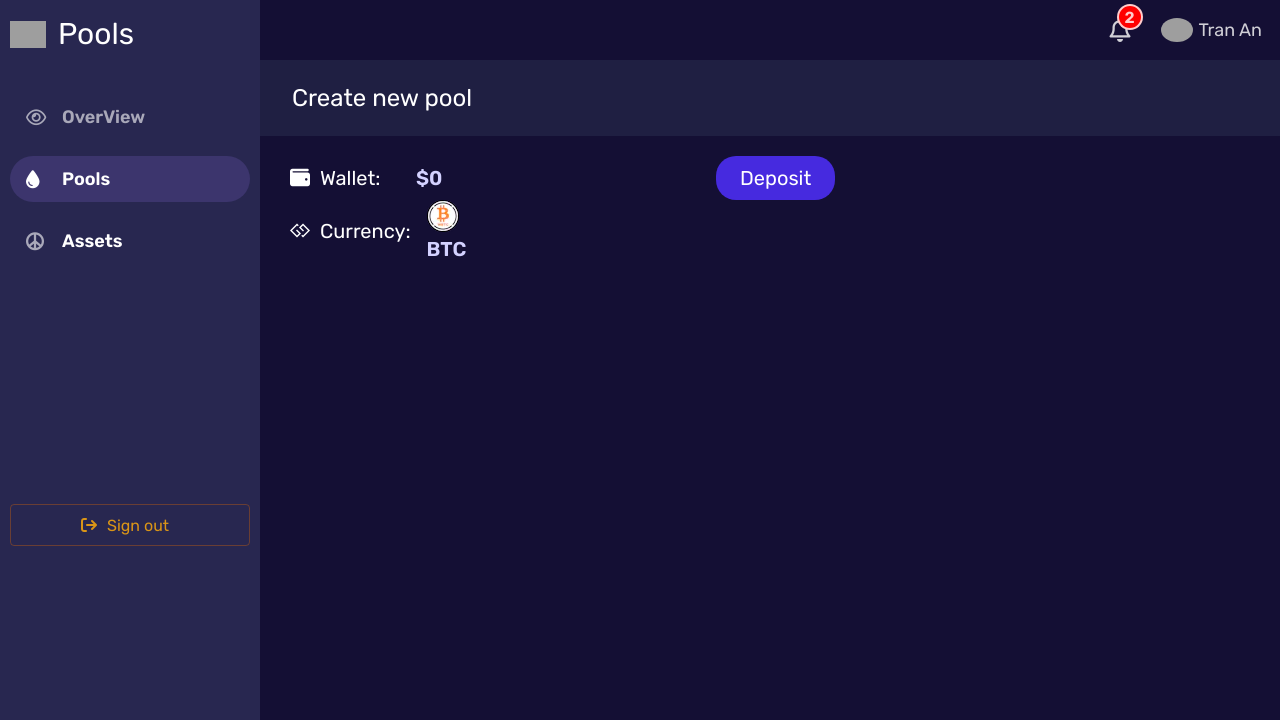
Repository: quynh232000/pools
Page: pool/create-pool.html
An editor plug-in stored every save of this project. The page is shown before and after the next save, followed by the edit.
The browser window is 1280 px wide. The pictures show the whole page.
Pictures or frames that could not be fetched are drawn as grey boxes.

Above is the page before, as saved 2023-07-14 00:29:27.

### pool/create-pool.html
<!DOCTYPE html>
<html lang="en">
  <head>
    <meta charset="UTF-8" />
    <meta name="viewport" content="width=device-width, initial-scale=1.0" />
    <title>Create Pool</title>

    <link rel="stylesheet" href="../src/css/base.css" />
    <link rel="stylesheet" href="../src/css/style.css" />
    <link rel="stylesheet" href="../src/css/pool.css" />
    <link rel="stylesheet" href="../src/css/create-pool.css" />
    <link
      rel="stylesheet"
      href="https://cdnjs.cloudflare.com/ajax/libs/font-awesome/6.4.0/css/all.min.css"
      integrity="sha512-iecdLmaskl7CVkqkXNQ/ZH/XLlvWZOJyj7Yy7tcenmpD1ypASozpmT/E0iPtmFIB46ZmdtAc9eNBvH0H/ZpiBw=="
      crossorigin="anonymous"
      referrerpolicy="no-referrer"
    />
  </head>
  <body>
    <div class="container">
      <div class="sidebar">
        <div class="sidebar-logo">
          <img src="https://sef-eco.vercel.app/assets/images/logo.png" alt="" />
          <span>Pools</span>
        </div>
        <div class="sidebar-items">
          <div class="sidebar-list">
            <div class="sidebar-item">
              <i class="fa-regular fa-eye"></i>
              <div class="sidebar-item-name">OverView</div>
            </div>
            <div class="sidebar-item sidebar-item-active">
              <i class="fa-solid fa-droplet"></i>
              <a href="/pool.html" class="sidebar-item-name">Pools</a>
            </div>
            <div class="sidebar-item">
              <i class="fa-solid fa-peace"></i>
              <a href="/index.html" class="sidebar-item-name">Assets</a>
            </div>
          </div>

          <div class="sidebar-sign-out">
            <i class="fa-solid fa-arrow-right-from-bracket"></i>
            <div class="sidebar-item-name">Sign out</div>
          </div>
        </div>
      </div>
      <div class="content">
        <div class="header">
          <div class="header-noti">
            <i class="fa-regular fa-bell"></i>
            <div class="header-noti-count">2</div>
          </div>
          <div class="header-user">
            <img
              src="https://static.vecteezy.com/system/resources/previews/002/002/257/original/beautiful-woman-avatar-character-icon-free-vector.jpg"
              alt=""
            />
            <div class="header-user-name">Tran An</div>
          </div>
        </div>
        <!-- body -->
        <div class="content-title">Create new pool</div>
        <div class="create-body">
          <div class="create-item">
            <i class="fa-solid fa-wallet"></i>
            <div class="create-item-title">Wallet:</div>
            <span>$0</span>
            <div class="create-btn">Deposit</div>
          </div>
          <div class="create-item">
            <i class="fa-brands fa-gg"></i>
            <div class="create-item-title">Currency:</div>
            <div class="create-select-type-money">
              <span>
                <img src="../src/img/btc.png" alt="" />
                <div class="type-money-name">BTC</div>
              </span>
            </div>
          </div>
        </div>
      </div>
    </div>
  </body>
</html>

### src/css/base.css
@import url('https://fonts.googleapis.com/css2?family=Rubik:wght@300;400;500;600;700&display=swap');
 :root{
    --primary-color:#fff;
    --text-color:#fff;
    --text-1-color:rgb(211, 209, 255);
    --bg-color:#140f34;
    --bg-item-color:#282750;

 }
*{
    box-sizing: inherit;
}
html,body{
    box-sizing: border-box;
    margin: 0;
    padding: 0;
    font-family: 'Rubik', sans-serif;
    color: var(--text-color);
}
a{
    color: white;
    text-decoration: none;
}

### src/css/style.css
.container{
    width: 100%;
    min-height: 100vh;
    background-color: var(--bg-color);
    display: flex;
}
.sidebar{
    width: 20%;
    min-width: 260px;
    max-width: 400px;
    display: flex;
    flex-direction: column;
    min-height: 100vh;
    background-color: var(--bg-item-color);
}
.sidebar-logo{
    display: flex;
    width: 100%;
    align-items: center;
    padding: 16px 10px;
}
.sidebar-logo img{
    width: 15%;
}
.sidebar-logo span{
    font-size: 30px;
    color: var(--primary-color);
    margin-left: 12px;

}
.sidebar-items{
    padding: 26px 10px;
    display: flex;
    flex-direction: column;
    justify-content: space-between;
    min-height: 70vh;
}
.sidebar-list{

}
.sidebar-item{
    font-size: 18px;
    display: flex;
    align-items: center;
    padding: 12px 16px;
    border-radius: 40px;
    color: rgb(255 255 255/.6);
    margin-bottom: 16px;
    font-weight: 600;
    transition: color .3s;
}
.sidebar-item:hover{
    cursor: pointer;
    color: rgb(255 255 255/.8);
}
.sidebar-item-active{
    background-color:#3c356d ;
    color: var(--text-color);
}
.sidebar-item i{
    min-width: 36px;
}
.sidebar-sign-out{
    display: flex;
    align-items: center;
    color: rgb(218, 149, 23);
    text-align: center;
    border: 1px solid rgba(202, 98, 12,.4);
    justify-content: center;
    padding-right: 10px;
    border-radius: 4px;
    transition: color border .3s;
}
.sidebar-sign-out:hover{
    cursor: pointer;
    color: rgb(253, 166, 5);
    border: 1px solid rgba(202, 98, 12,.5);
}
.sidebar-sign-out i{
    margin-right: 10px;
    padding: 12px 0;
}

.content{
    width: 85%;
    min-height: 100vh;
    /* background-color: var(--bg-color); */
}
.header{
    display: flex;
    justify-content: flex-end;
    padding: 18px;
    color: rgb(255 255 255/.8);
    align-items: center;
}
.header-user{
    display: flex;
    align-items: center;
    font-size: 18px;

}
.header-user img {
    width: 32px;
    border-radius: 50%;
    margin-right: 6px;
}
.header-noti{
    display: flex;
    margin-right: 30px;
    font-size: 20px;
    position: relative;
    font-size: 24px;
}
.header-noti-count{
    width: 26px;
    height: 26px;
    position: absolute;
    top: -14px;
    left: 7px;
    border: 2px solid  rgb(255 255 255/.8);
    text-align: center;
    border-radius: 50%;
    font-size: 16px;
    display: flex;
    align-items: center;
    justify-content: center;
    background-color: var(--bg-color);
    background-color: red;
    font-weight: 600;

}
.content-title{
    background-color: #1f1f42;
    padding: 24px 32px;
    font-size: 24px;
}
.content-list{
    display: flex;
    flex-direction: column;
    align-items: center;
    padding: 0 40px;
}
.content-list-body{
    width: 100%;
    margin-top: 20px;

}
.content-nav{
    width: 100%;
    display: flex;
    justify-content: space-between;
    padding: 12px 26px;
    margin: 10px 0;
    transition: background-color .2s ;
}
.content-nav:hover{
    background-color: #2d2d44;
}
.nav-left{
    width: 50%;
    display: flex;
    align-items: center;
    justify-content: space-between;
    font-size: 22px;

}
.nav-left-info{
    display: flex;
    align-items: center;
}
.nav-left-info img{
    width: 32px;
    margin-right: 8px;
}
.nav-left-name{
    font-size: 22px;
}
.nav-left-balance{
    display: flex;
    flex-direction: column;
    align-items: center;
    flex: 1;
}
.nav-left-balance span:nth-child(2){
    font-size: 20px;
    color: #a8a8a8;
}


.nav-right{
    width: 40%;
    display: flex;
    justify-content: space-between;
    align-items: center;
    color: #b3b1fd;
}
.nav-right span{
    transition: color .3s;
}
.nav-right span i{
    font-size: 16px !important;
    margin-left: 4px;
}
.nav-right span:hover{
    color:#f8c2b0;
    cursor: pointer;
}
.nav-text{
    color: #b3b1fd;
    font-size: 20px;
}
.nav-right .nav-tex:hover{
    color: #b3b1fd !important;
    cursor: no-drop;
}

### src/css/pool.css
.p-content-body{
    width: 100%;
    display: flex;
    flex-wrap: wrap;
    padding: 20px 10px;
}
.content-item-wrapper{
    width: 33.333%;
    padding: 10px ;
}
.p-content-item{
    border-radius: 6px;
    background-color: var(--bg-item-color);
    padding: 14px;
    transition: background-color .3s ease;
}
.p-content-item:hover{
    background-color: #2e2e60;
}
.p-content-item-top{
    display: flex;
    align-items:flex-start;

}
.p-content-item-img{
    margin-right: 6px;
}
.p-content-item-top-info{
    display: flex;
    flex-direction: column;
}
.p-content-item-top-info span{
    padding-top: 4px;
}
.p-content-item-top-info p{
    margin: 4px 0 10px 0;
    color: #a7a3a3;
}
.p-content-item-bottom{
    display: flex;
}
.p-item-type{
    margin-right: 10px;
    padding: 0 8px;
    text-align: center;
}
.p-item-type:first-child{
    border-right: 1px solid gray;
    padding-right: 16px;
}
.p-item-type span{
    font-size: 14px;
    color: #a7a3a3;
    /* font-weight: 600; */
}
.p-item-type p{
    margin: 0;
}
.add-pool{
    display: flex;
    flex-direction: column;
    align-items: center;
    font-size: 20px;
    min-height: 122px;
    justify-content: center;
}
.add-pool i{
    font-size: 26px;
    margin-bottom: 6px;
}

### src/css/create-pool.css
.create-body{
    width: 100%;
    display: flex;
    flex-direction: column;
    padding: 20px 30px;
}
.create-item{
    display: flex;
    font-size: 20px;
    align-items: center;
}
.create-item-title{
    margin: 0 16px 0 10px;
    min-width: 80px;

}
.create-item span{
    color: var(--text-1-color);
    min-width: 300px;
    font-weight: 600;
}
.create-btn{
    background-color: rgb(70, 42, 223);
    padding: 10px 24px;
    border-radius: 20px;
    display: flex;
    justify-content: center;
    align-items: center;
    transition: background-color .3s ease;
}
.create-btn:hover{
    background-color: #6a67ea;
    cursor: pointer;
}

After the next save:
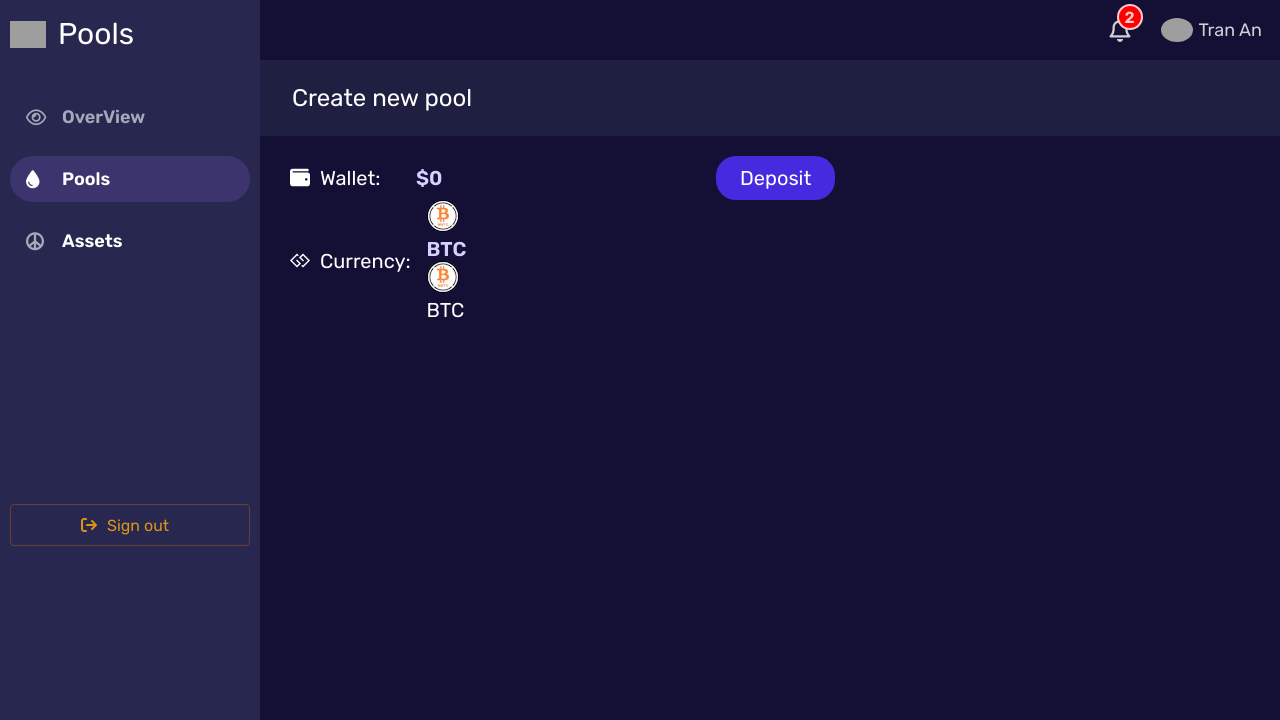
Saved 71 s later.
--- a/pool/create-pool.html
+++ b/pool/create-pool.html
@@ -77,6 +77,12 @@
                 <img src="../src/img/btc.png" alt="" />
                 <div class="type-money-name">BTC</div>
               </span>
+              <div class="type-money-more">
+                <div class="type-money-item">
+                  <img src="../src/img/btc.png" alt="" />
+                  <div class="type-money-name">BTC</div>
+                </div>
+              </div>
             </div>
           </div>
         </div>
